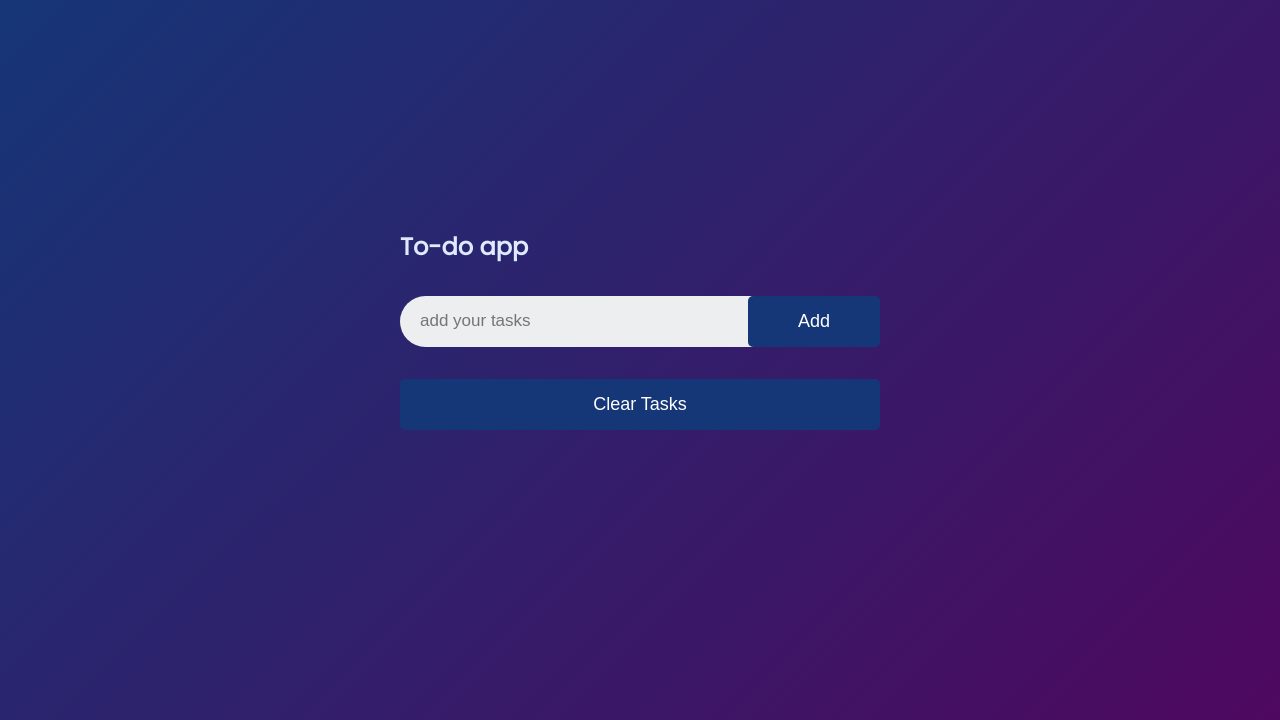
Repository: samoshi/To-do
Page: http://localhost/
The author's editor kept a copy of each file at every save. The page is drawn from the files as they stood at one save, then again after the next save.
The browser window is 1280 px wide. The pictures show the whole page.
The page is served by the project's application, run on Flask 3 (app/app.py). Queries for data that is not in the repository find no rows.

Above is the page before, as saved 2024-01-14 21:39:58.

After the next save:
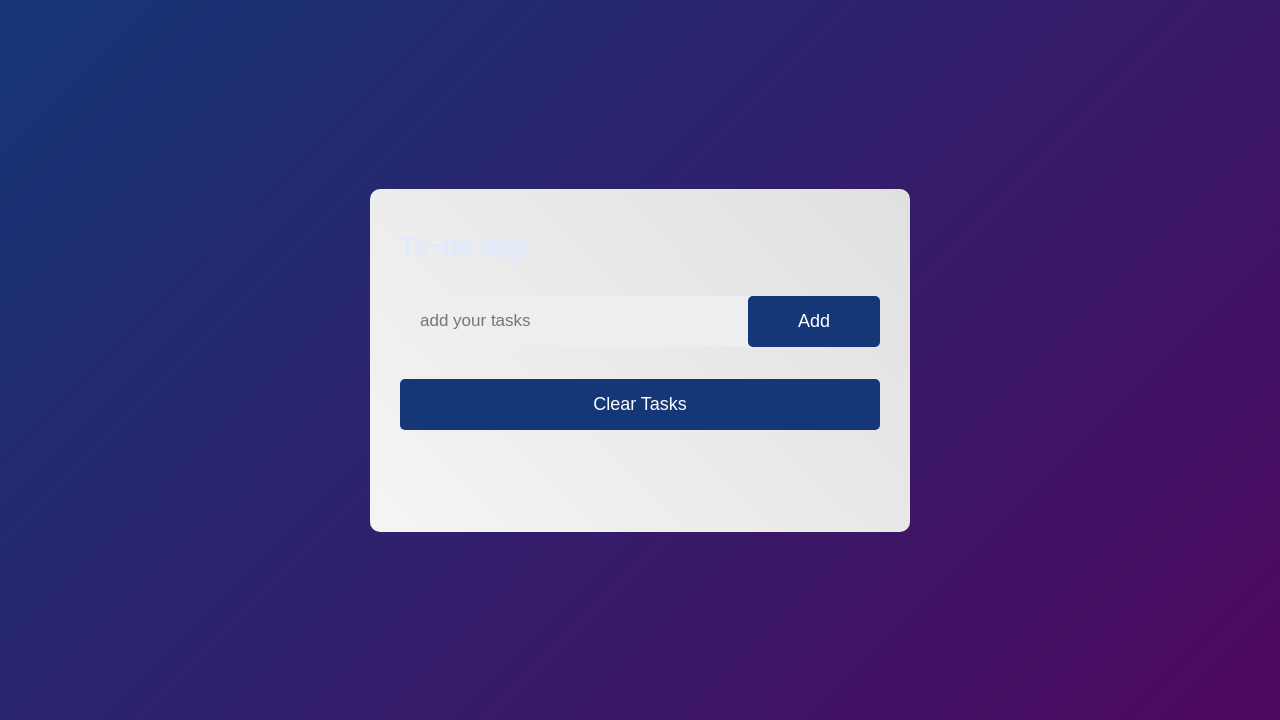
Saved 64 s later.
--- a/app/static/style.css
+++ b/app/static/style.css
@@ -21,7 +21,7 @@ body{
 .todo-app{
     width: 100%;
     max-width: 540px;
-    background: f5f5f5;
+    background: linear-gradient(45deg, #f5f5f5, #e0e0e0);
     padding: 40px 30px 70px;
     border-radius: 10px;
     display: flex;
